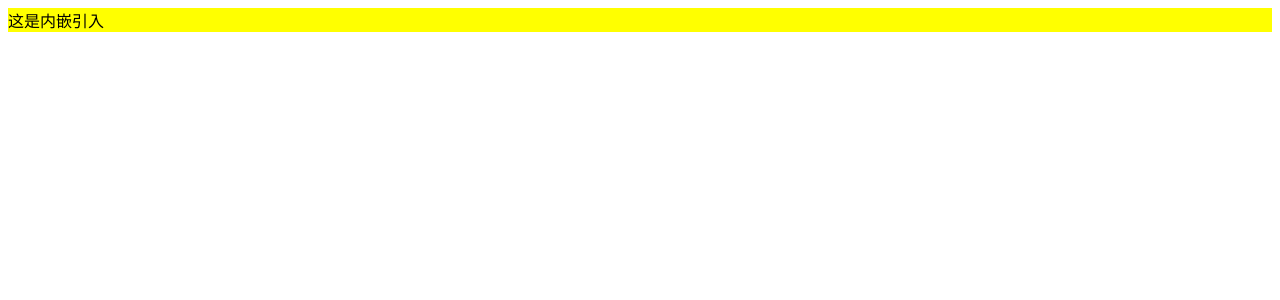
Repository: lqcoffical/basic-frontCode
Page: democss/css引入.html
These files come from the project's save history. The page is drawn as it stood at one moment and after the next save; the edit follows.
The browser window is 1280 px wide. The pictures show the whole page.

Above is the page before, as saved 2019-10-17 16:03:01.

After the next save:
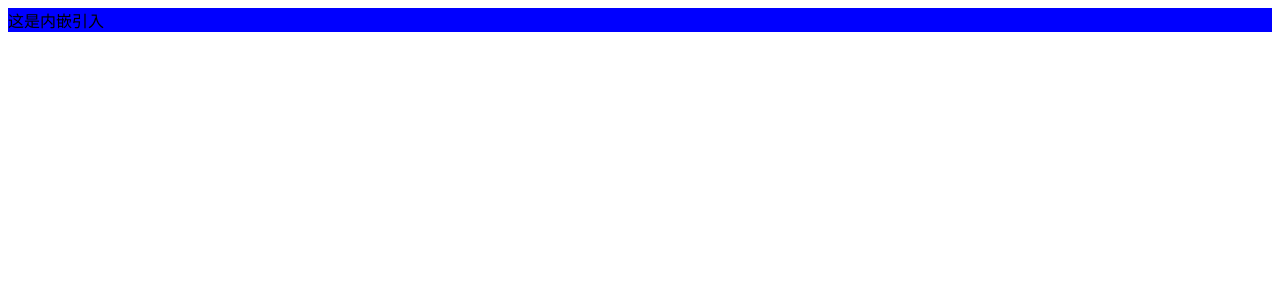
Saved 25 s later.
--- a/democss/css引入.html
+++ b/democss/css引入.html
@@ -8,7 +8,7 @@
     <!-- 2.内嵌引入：一般放在head中，用style标签 -->
     <style type="text/css">
         div{
-            background: yellow;
+            background:blue;
         }
     </style>
 </head>
